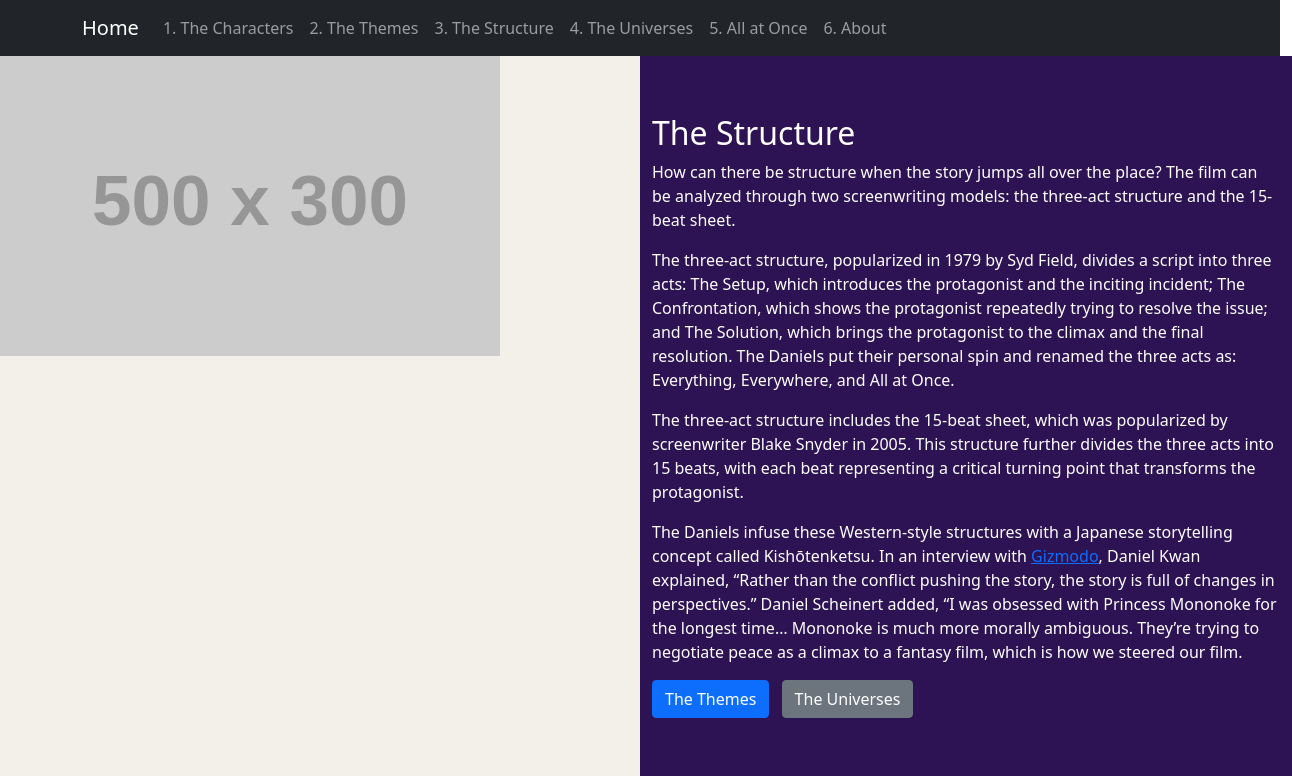
Repository: angelica-hom/msdv-thesis
Page: structure.html
The author's editor kept a record of every edit. The page is drawn from the files as they stood at one moment, then again after the next edit.
The browser window is 1280 px wide. The page is 1292 px wide, so the pictures cover 1292 px, including what lies to the right of the window. The pictures show the whole page.

Above is the page before.

### structure.html
<!doctype html>
<html lang="en">
<head>
    <meta charset="utf-8">
    <meta name="viewport" content="width=device-width, initial-scale=1">
    <link href="https://cdn.jsdelivr.net/npm/bootstrap@5.1.3/dist/css/bootstrap.min.css" rel="stylesheet">
    <link href="structure.css" rel="stylesheet">
    <title>Decoding Everything Everywhere All at Once</title>
</head>
<body>
    <nav class="navbar navbar-expand-lg navbar-dark bg-dark">
        <div class="container">
            <a class="navbar-brand" href="index.html">Home</a>
            <button class="navbar-toggler" type="button" data-bs-toggle="collapse" data-bs-target="#navbarNav" aria-controls="navbarNav" aria-expanded="false" aria-label="Toggle navigation">
                <span class="navbar-toggler-icon"></span>
            </button>
            <div class="collapse navbar-collapse" id="navbarNav">
                <ul class="navbar-nav">
                    <li class="nav-item">
                        <a class="nav-link" href="characters.html">1. The Characters</a>
                    </li>
                    <li class="nav-item">
                        <a class="nav-link" href="themes.html">2. The Themes</a>
                    </li>
                    <li class="nav-item">
                        <a class="nav-link" href="structure.html">3. The Structure</a>
                    </li>
                    <li class="nav-item">
                        <a class="nav-link" href="universes.html">4. The Universes</a>
                    </li>
                    <li class="nav-item">
                        <a class="nav-link" href="once.html">5. All at Once</a>
                    </li>
                    <li class="nav-item">
                        <a class="nav-link" href="about.html">6. About</a>
                    </li>
                </ul>
            </div>
        </div>
    </nav>

    <div class="container-fluid">
        <div class="row">
            <div class="col-md-6 left-section">
                <img src="https://via.placeholder.com/500x300" alt="Static image" class="img-fluid">
            </div>
            <div class="col-md-6 d-flex flex-column justify-content-center right-section">
                <h2>The Structure</h2>
                <p>How can there be structure when the story jumps all over the place? The film can be analyzed through two screenwriting models: the three-act structure and the 15-beat sheet.</p>
                <p>The three-act structure, popularized in 1979 by Syd Field, divides a script into three acts: The Setup, which introduces the protagonist and the inciting incident; The Confrontation, which shows the protagonist repeatedly trying to resolve the issue; and The Solution, which brings the protagonist to the climax and the final resolution. The Daniels put their personal spin and renamed the three acts as: Everything, Everywhere, and All at Once.</p>
                <p>The three-act structure includes the 15-beat sheet, which was popularized by screenwriter Blake Snyder in 2005. This structure further divides the three acts into 15 beats, with each beat representing a critical turning point that transforms the protagonist.</p>
                <p>The Daniels infuse these Western-style structures with a Japanese storytelling concept called Kishōtenketsu. In an interview with <a href="https://gizmodo.com/everything-everywhere-all-at-once-interview-the-daniels-1848778652">Gizmodo</a>, Daniel Kwan explained, “Rather than the conflict pushing the story, the story is full of changes in perspectives.” Daniel Scheinert added, “I was obsessed with Princess Mononoke for the longest time… Mononoke is much more morally ambiguous. They’re trying to negotiate peace as a climax to a fantasy film, which is how we steered our film.</p>
                <div>
                    <a href="themes.html" class="btn btn-primary me-2">The Themes</a>
                    <a href="universes.html" class="btn btn-secondary">The Universes</a>
                </div>
            </div>
        </div>
    </div>

    <script src="structure.js"></script>
    <script src="https://cdn.jsdelivr.net/npm/@popperjs/core@2.11.6/dist/umd/popper.min.js"></script>
    <script src="https://cdn.jsdelivr.net/npm/bootstrap@5.1.3/dist/js/bootstrap.min.js"></script>
</body>
</html>

### structure.css
body, html {
    margin: 0;
    height: 100%;
}

.container-fluid {
    height: 100%;
    padding: 0;
}

.row {
    height: 100%;
}

.left-section {
    background-color: #F3EFE9;
}

.right-section {
    background-color: #2D1254;
    color: #FFF; /* Set text color to white for better contrast */
}

Loaded but not shown: structure.js (no copy from this time; the picture is the same without it)

After the next edit:
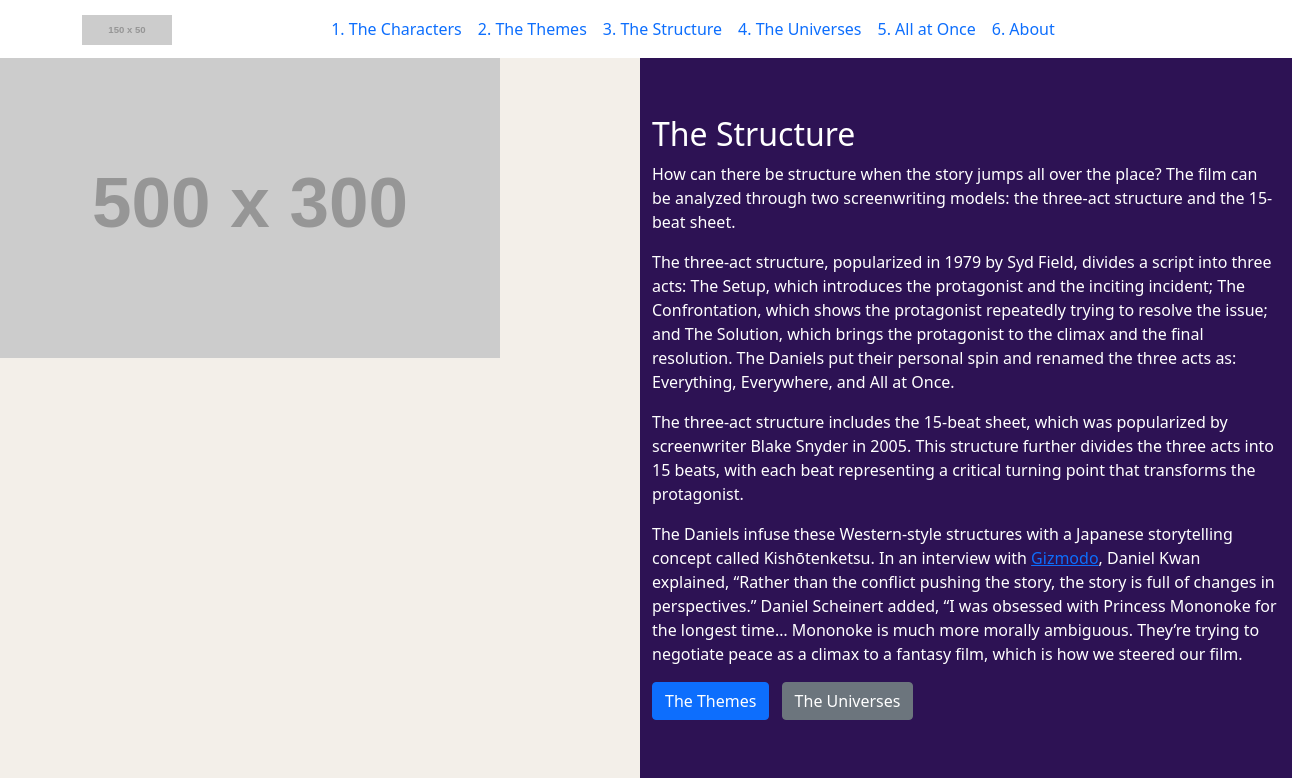
The edit:
--- a/structure.html
+++ b/structure.html
@@ -8,14 +8,13 @@
     <title>Decoding Everything Everywhere All at Once</title>
 </head>
 <body>
-    <nav class="navbar navbar-expand-lg navbar-dark bg-dark">
+    <nav class="navbar navbar-expand-lg navbar-custom">
         <div class="container">
-            <a class="navbar-brand" href="index.html">Home</a>
-            <button class="navbar-toggler" type="button" data-bs-toggle="collapse" data-bs-target="#navbarNav" aria-controls="navbarNav" aria-expanded="false" aria-label="Toggle navigation">
-                <span class="navbar-toggler-icon"></span>
-            </button>
+            <a class="navbar-brand" href="#">
+                <img src="https://via.placeholder.com/150x50" alt="Your Brand" height="30">
+            </a>
             <div class="collapse navbar-collapse" id="navbarNav">
-                <ul class="navbar-nav">
+                <ul class="navbar-nav mx-auto">
                     <li class="nav-item">
                         <a class="nav-link" href="characters.html">1. The Characters</a>
                     </li>
